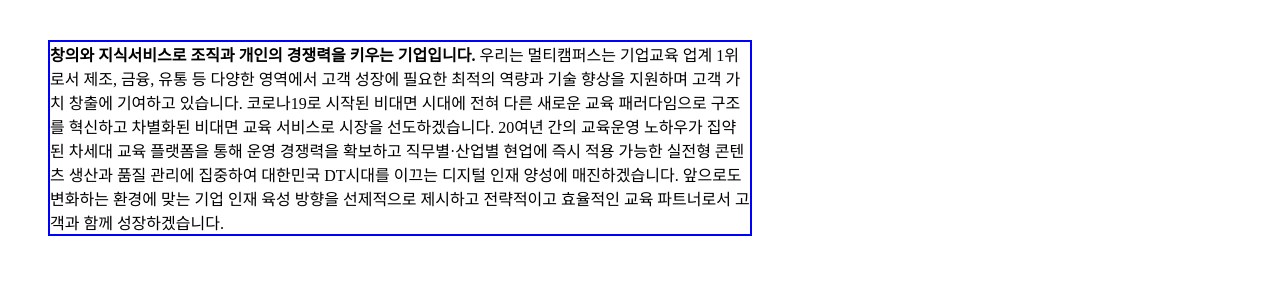
Repository: zmfhd1/Web
Page: boardtest/WebContent/WEB-INF/relative.html
An editor plug-in stored every save of this project. The page is shown before and after the next save, followed by the edit.
The browser window is 1280 px wide. The pictures show the whole page.

Above is the page before, as saved 2021-08-23 00:53:17.

### boardtest/WebContent/WEB-INF/relative.html
<!DOCTYPE html>
<head>
  <meta charset="UTF-8">
  <title>Document</title>
  <style type="text/css">
  .content{
  border : 2px solid blue;
  width : 700px;
  margin: 40px;
  top : 20px;
  left : 20px;

  }
  </style>
</head>

<body>
    <div class="content">
      <div class="text">
        <b>창의와 지식서비스로 조직과 개인의 경쟁력을 키우는 기업입니다.</b>
        우리는 멀티캠퍼스는 기업교육 업계 1위로서 제조, 금융, 유통 등 다양한 영역에서 고객 성장에 필요한 최적의 역량과 기술 향상을 지원하며 고객 가치 창출에 기여하고 있습니다.
	코로나19로 시작된 비대면 시대에 전혀 다른 새로운 교육 패러다임으로 구조를 혁신하고 차별화된 비대면 교육 서비스로 시장을 선도하겠습니다.
	20여년 간의 교육운영 노하우가 집약된 차세대 교육 플랫폼을 통해 운영 경쟁력을 확보하고 직무별·산업별 현업에 즉시 적용 가능한 실전형 콘텐츠 생산과 품질 관리에 집중하여 대한민국 DT시대를 이끄는 디지털 인재 양성에 매진하겠습니다.
	앞으로도 변화하는 환경에 맞는 기업 인재 육성 방향을 선제적으로 제시하고 전략적이고 효율적인 교육 파트너로서 고객과 함께 성장하겠습니다.
      </div>
    </div>
</body>
</html>

After the next save:
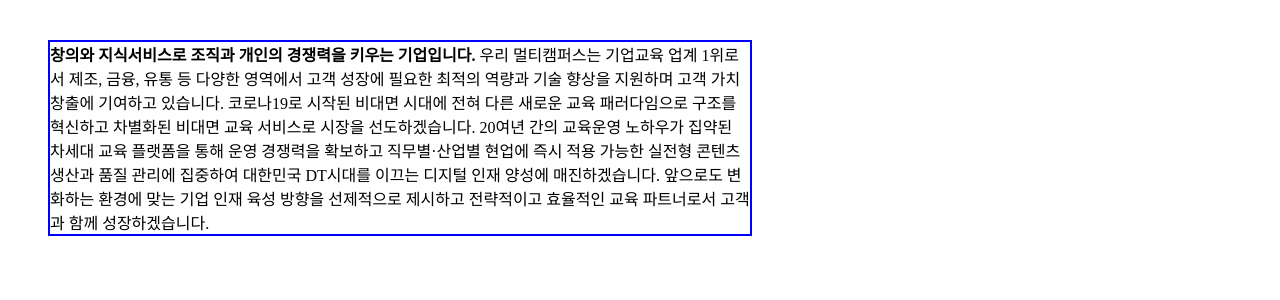
Saved 32 s later.
--- a/boardtest/WebContent/WEB-INF/relative.html
+++ b/boardtest/WebContent/WEB-INF/relative.html
@@ -18,7 +18,7 @@
     <div class="content">
       <div class="text">
         <b>창의와 지식서비스로 조직과 개인의 경쟁력을 키우는 기업입니다.</b>
-        우리는 멀티캠퍼스는 기업교육 업계 1위로서 제조, 금융, 유통 등 다양한 영역에서 고객 성장에 필요한 최적의 역량과 기술 향상을 지원하며 고객 가치 창출에 기여하고 있습니다.
+        우리 멀티캠퍼스는 기업교육 업계 1위로서 제조, 금융, 유통 등 다양한 영역에서 고객 성장에 필요한 최적의 역량과 기술 향상을 지원하며 고객 가치 창출에 기여하고 있습니다.
 	코로나19로 시작된 비대면 시대에 전혀 다른 새로운 교육 패러다임으로 구조를 혁신하고 차별화된 비대면 교육 서비스로 시장을 선도하겠습니다.
 	20여년 간의 교육운영 노하우가 집약된 차세대 교육 플랫폼을 통해 운영 경쟁력을 확보하고 직무별·산업별 현업에 즉시 적용 가능한 실전형 콘텐츠 생산과 품질 관리에 집중하여 대한민국 DT시대를 이끄는 디지털 인재 양성에 매진하겠습니다.
 	앞으로도 변화하는 환경에 맞는 기업 인재 육성 방향을 선제적으로 제시하고 전략적이고 효율적인 교육 파트너로서 고객과 함께 성장하겠습니다.
